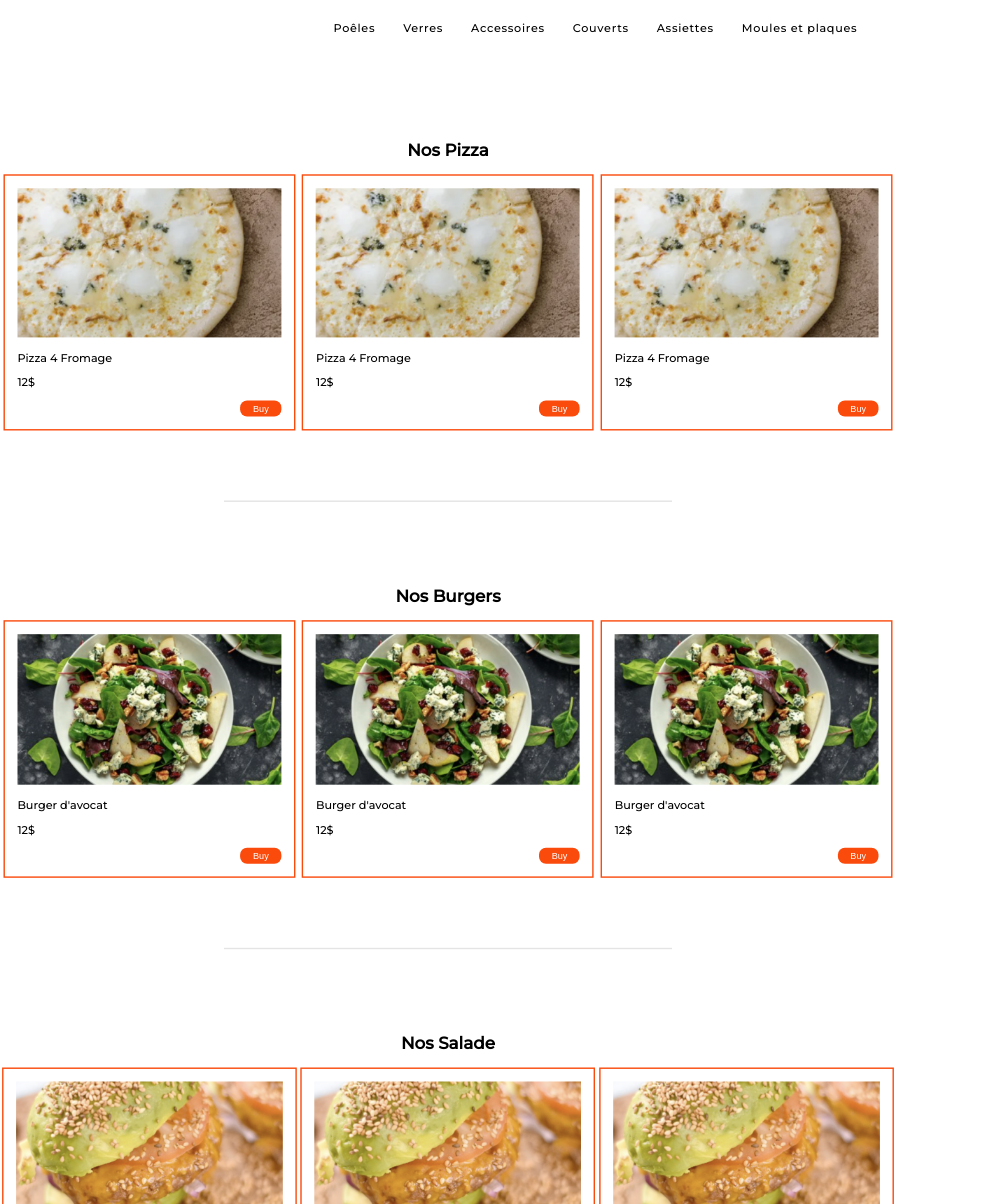
Repository: Ahlam-belhadj/bella-olange
Page: index.html
The author's editor kept a copy of each file at every save. The page is drawn from the files as they stood at one save, then again after the next save.
The browser window is 1280 px wide. The page is 1430 px wide, so the pictures cover 1430 px, including what lies to the right of the window. The pictures show the part of the page from y = 0 to 1720 px (the page is 2870 px tall before and 3489 px after), at 70% of full size.

Above is the page before, as saved 2023-02-12 00:26:43.

After the next save:
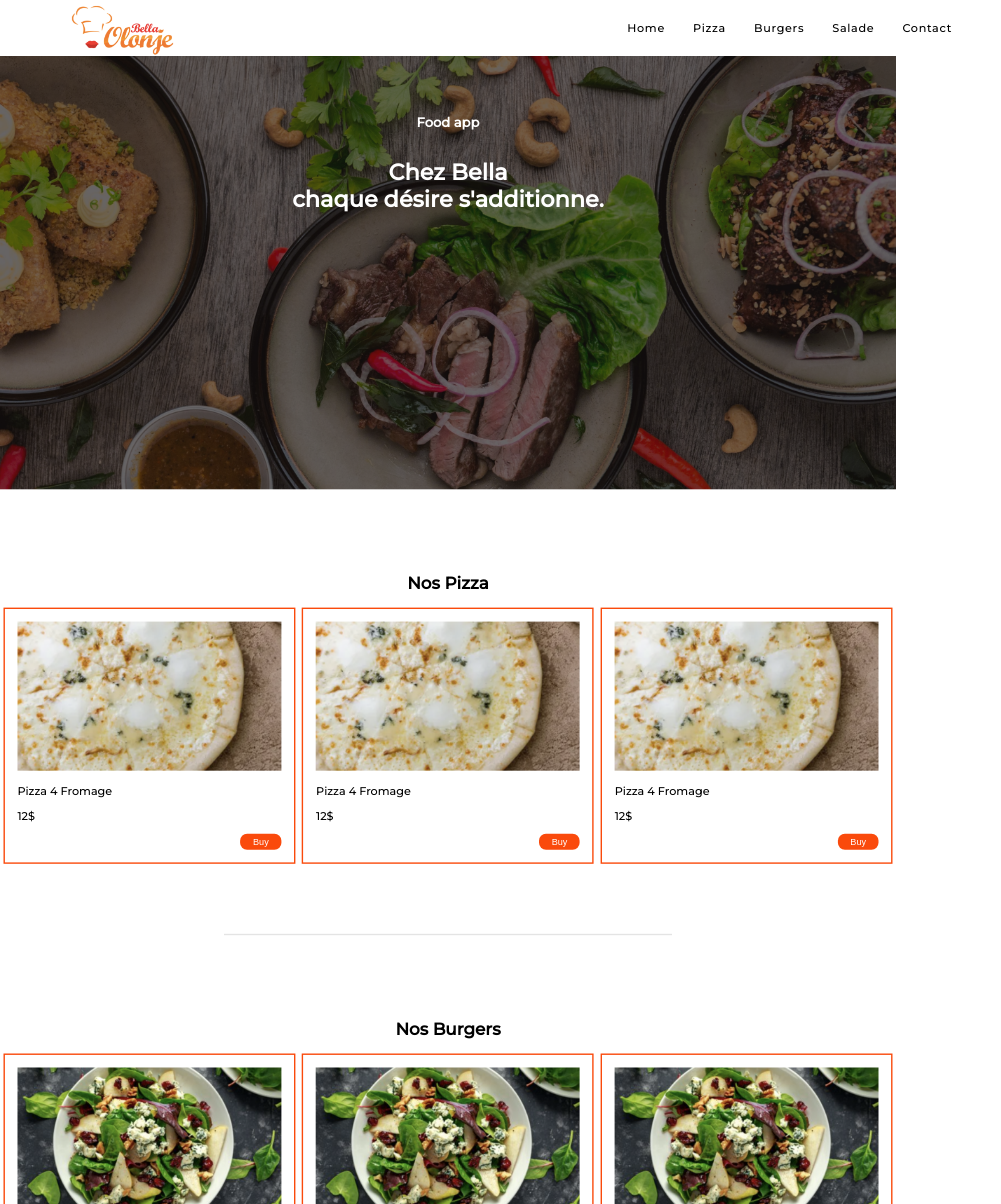
Saved 7 s later.
--- a/index.html
+++ b/index.html
@@ -11,31 +11,24 @@
 
 <body>
     <header>
-        <nav>
-            <div class="logo"><a href="#">Luxury kitchen</a></div>
-
-            <ul>
-                <li><a href="#" class="nav-link">Poêles</a></li>
-                <li><a href="#" class="nav-link">Verres</a></li>
-                <li><a href="#" class="nav-link">Accessoires</a></li>
-                <li><a href="#" class="nav-link">Couverts</a></li>
-                <li><a href="#" class="nav-link">Assiettes</a></li>
-                <li><a href="#" class="nav-link">Moules et plaques</a></li>
+        <nav class="container">
+            <img class="logo" src="image/logo_bella_olonje.png" alt="logo">
+            <ul class="nav-menu">
+                <li><a href="index.html" class="nav-link">Home</a></li>
+                <li><a href="#pizza" class="nav-link">Pizza</a></li>
+                <li><a href="#burgers" class="nav-link">Burgers</a></li>
+                <li><a href="#salade" class="nav-link">Salade</a></li>
+                <li><a href="index3.html" class="nav-link">Contact</a></li>
             </ul>
-            <div class="icon_navbar">
-                <div class="icon">
-                    <div class="icon_panier">
-                        <a href="#"><iconify-icon icon="ph:bag-simple" style="color: white;" width="25"></iconify-icon></a>
-                    </div>
-                    <div class="icon_account">
-                        <a href="#"><iconify-icon icon="ic:sharp-account-circle" style="color: white;" width="25"></iconify-icon></a>
-                    </div>
-                </div>
-                <label for="click" class="menu-btn">
-                  <i class="fas fa-bars"></i>
-                </label>
-            </div>
-          </nav>
+        </nav>
+
+        <div class="title">
+            <div class="texte">
+                <h3>Food app</h3>
+                <h1>Chez Bella <br>
+                    chaque désire s'additionne.</h1>
+            </div>
+        </div>
     </header>
     <main>
         <h2 id="pizza" >Nos Pizza</h2>
